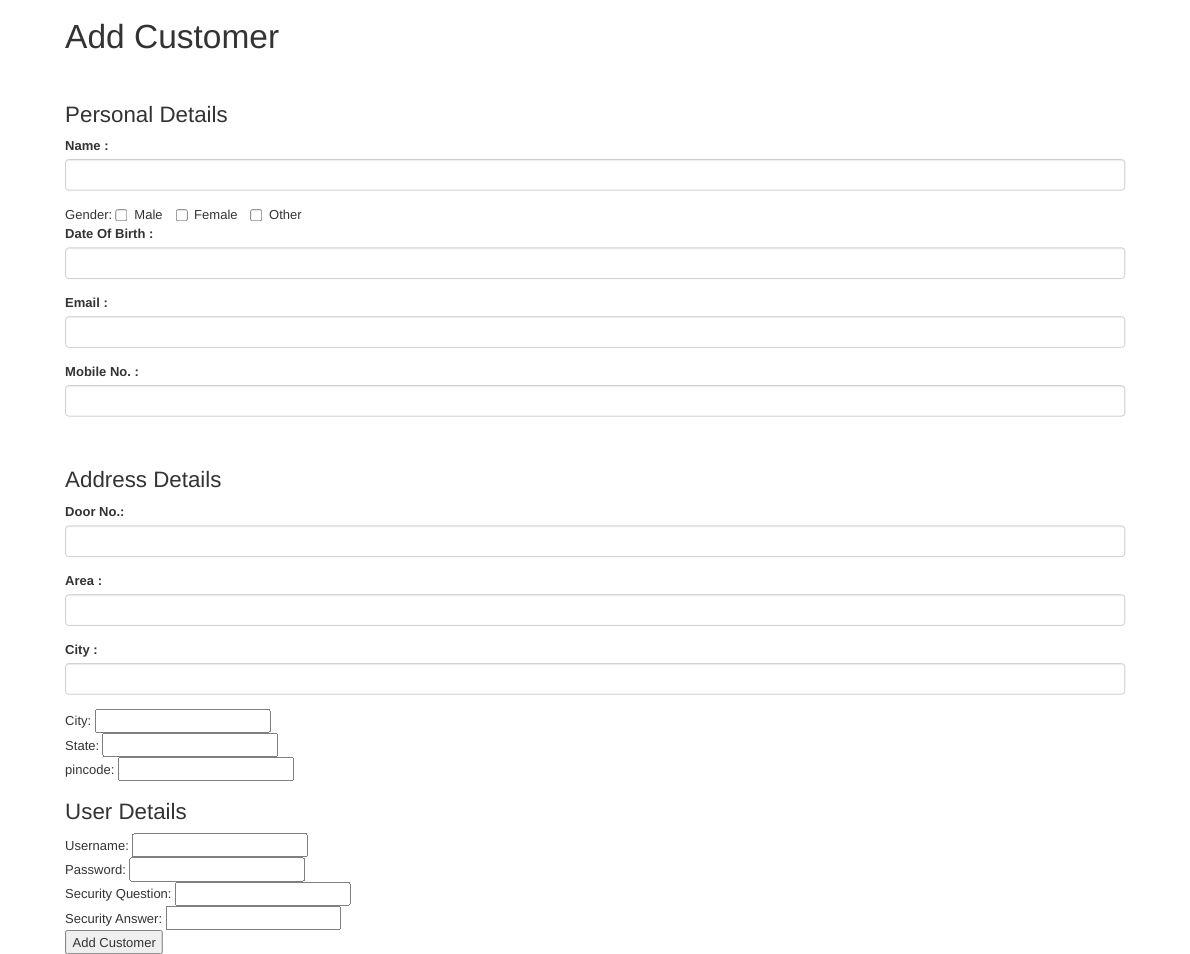
Repository: Shubham-Gawade/SpringHibernateTraining
Page: http://localhost/xorbankonline/WEB-INF/pages/addcustomer.jsp
The author's editor kept a copy of each file at every save. The page is drawn from the files as they stood at one save, then again after the next save.
The browser window is 1280 px wide. The pictures show the whole page, at 93% of full size.
The page is served by Tomcat 9. Nobody is signed in. The template is opened directly, without the code that normally fills it, so the values that code supplies are empty.

Above is the page before, as saved 2021-10-07 04:29:38.

After the next save:
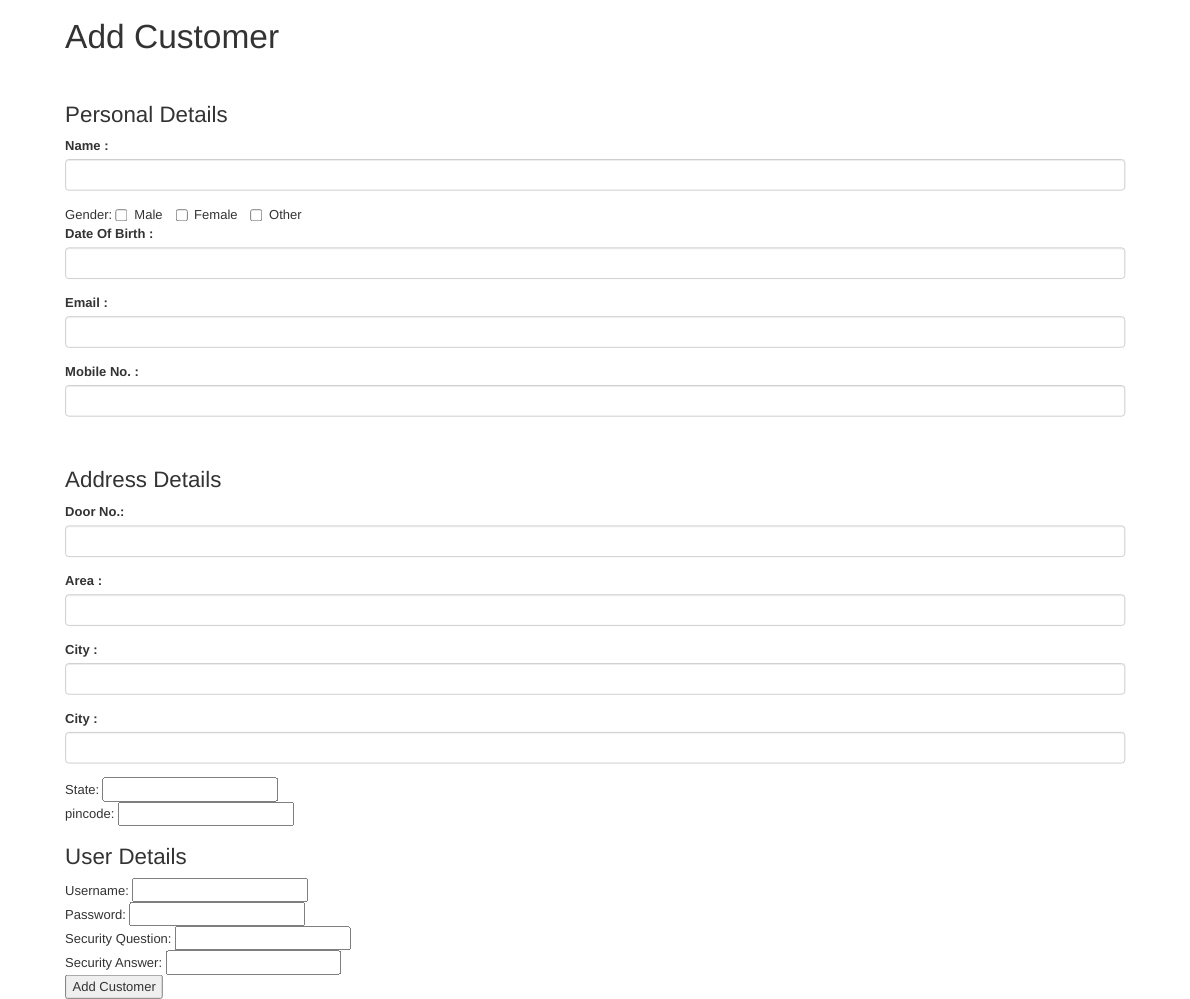
Saved 21 s later.
--- a/xorbankonline/src/main/webapp/WEB-INF/pages/addcustomer.jsp
+++ b/xorbankonline/src/main/webapp/WEB-INF/pages/addcustomer.jsp
@@ -45,10 +45,13 @@
 		    <form:input type="text" class="form-control" path="address.area" name="area"/>
 		</div>
 		<div class="form-group">
-		    <label for="area">City :</label>
+		    <label for="city">City :</label>
 		    <form:input type="text" class="form-control" path="address.city" name="city"/>
 		</div>
-		City: <form:input path="address.city" type="text"/><br/>
+		<div class="form-group">
+		    <label for="state">City :</label>
+		    <form:input type="text" class="form-control" path="address.state" name="city"/>
+		</div>
 		State: <form:input path="address.state" type="text"/><br/>
 		pincode: <form:input path="address.pincode" type="text"/><br/>
 
